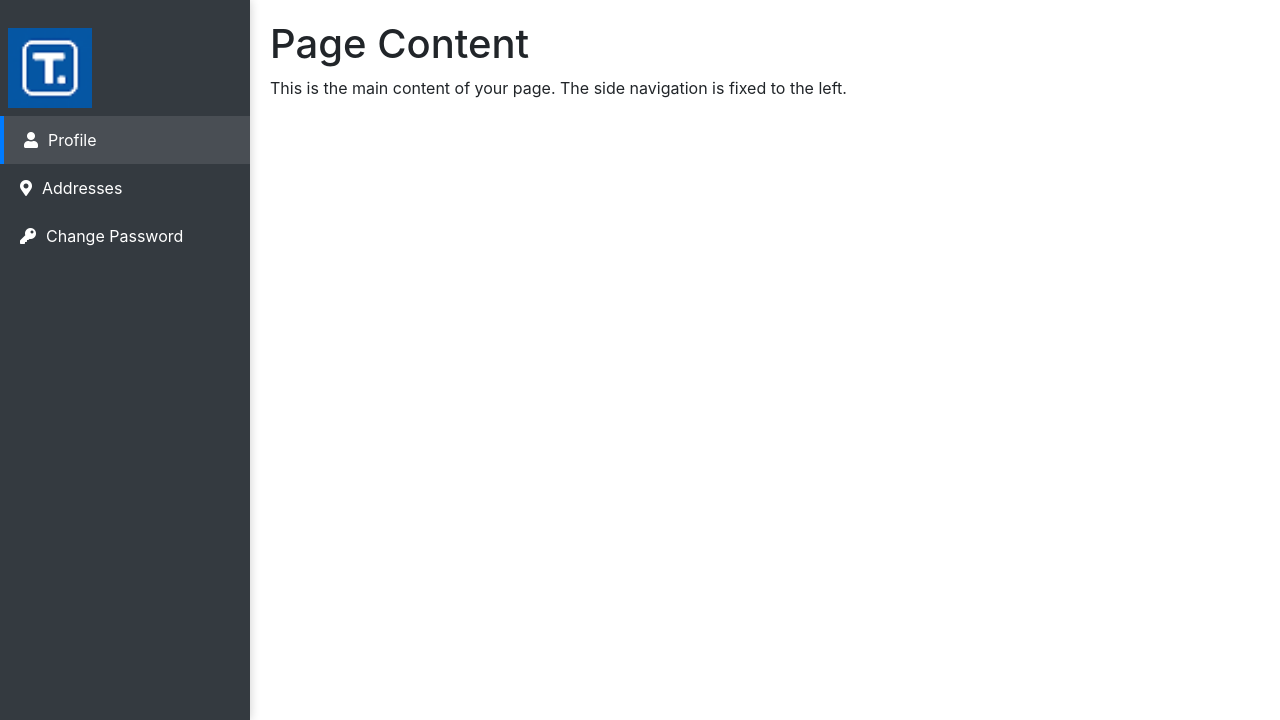
Repository: Darkrepo23/Ecommerce-Manalastas-project
Page: profile-settings.html
An editor plug-in stored every save of this project. The page is shown before and after the next save, followed by the edit.
The browser window is 1280 px wide. The pictures show the whole page.
Some web libraries are served in a nearby version.

Above is the page before, as saved 2026-01-04 08:49:43.

After the next save:
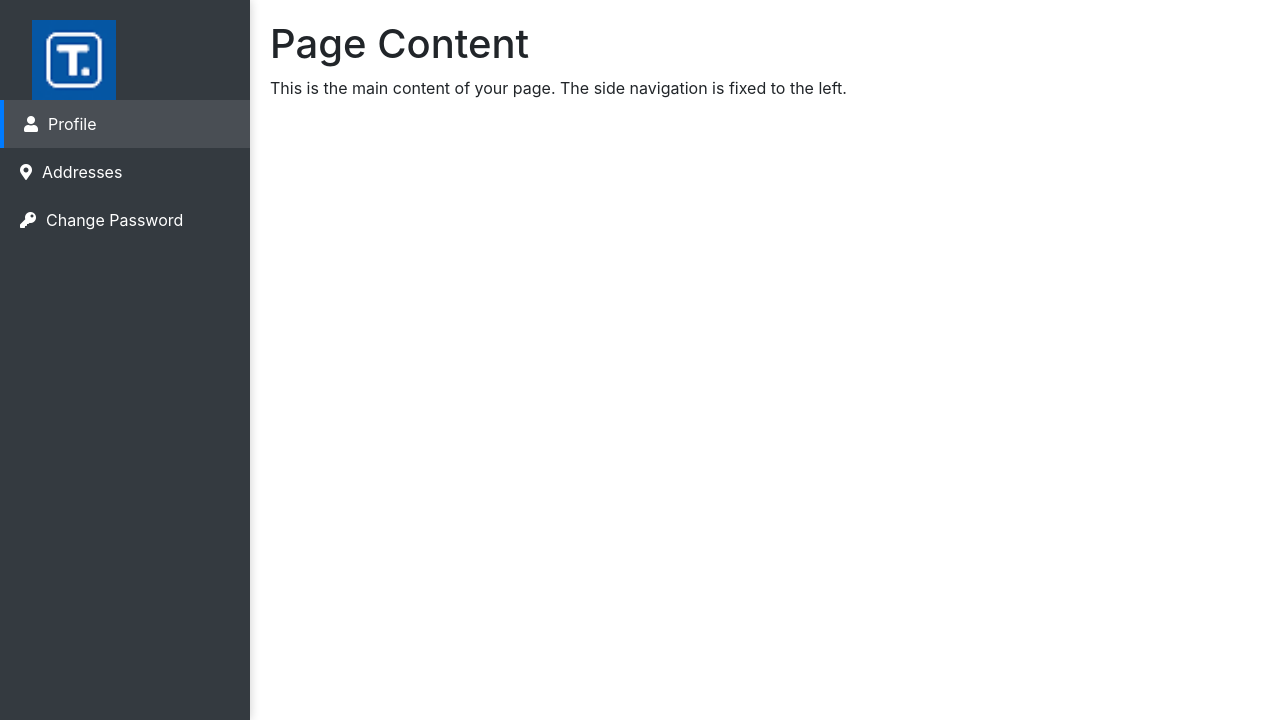
Saved 14 s later.
--- a/profile-settings.html
+++ b/profile-settings.html
@@ -56,7 +56,7 @@
 
   <!-- Side Navigation -->
   <div class="sidebar">
-  <img src="img/logo.png" class="m-2" alt="" style="height: 5rem; margin-left: ;">
+  <img src="img/logo.png" class="" alt="" style="height: 5rem; margin-left: 2rem;">
   <a href="#" class="active"><i class="fas fa-user"></i>Profile</a>
   <a href="#"><i class="fas fa-map-marker-alt"></i>Addresses</a>
   <a href="#"><i class="fas fa-key"></i>Change Password</a>
